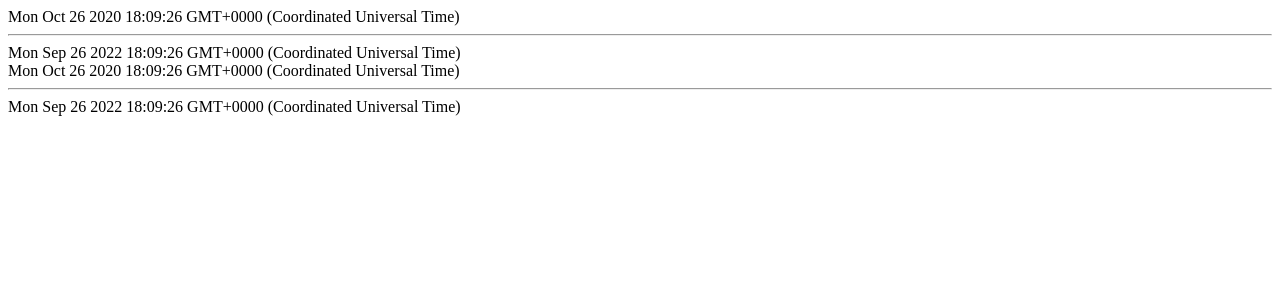
Repository: TeoNogueira/Aulas-Udemy-DevFull-Stack-Por-Jamilton-Damasceno-e-Jorge-Sant-Ana-
Page: public_project/JavaScript/function_native_datas.html
The author's editor kept a copy of each file at every save. The page is drawn from the files as they stood at one save, then again after a run of saves.
The browser window is 1280 px wide. The pictures show the whole page.

Above is the page before, as saved 2020-10-26 19:30:24.

### public_project/JavaScript/function_native_datas.html
<!DOCTYPE html>
<html lang="PT_BR">
<head>
    <meta charset="UTF-8">
    <meta name="viewport" content="width=device-width, initial-scale=1.0">
    <title>Desafio</title>


    <script class="">

   //     var data = new Date()

   //  document.write(data.getDate())

   //var data = new Date()
// document.write(data.getDate() + '/' + (data.getMonth() + 1 + '/' + data.getFullYear()))

 // adicionar / remover dias


 var data = new Date()

document.write(data.toString())

data.setDate(data.getDate() + 700) // adicionando dias para a data atual

document.write('<hr />')

document.write(data.toString())

document.write('<br />')
// --------------x-----------x-------------x----------------------------------------------------------------




var data = new Date()

document.write(data.toString())

data.setDate(data.getDate() + 700) // adicionando meses para a data atual

document.write('<hr />')

document.write(data.toString())











           </script>



</head>
<body>



  <!----  <script src="./scripts/desafio.js"></script>-- >
</body>
</html>

After the next 3 saves:
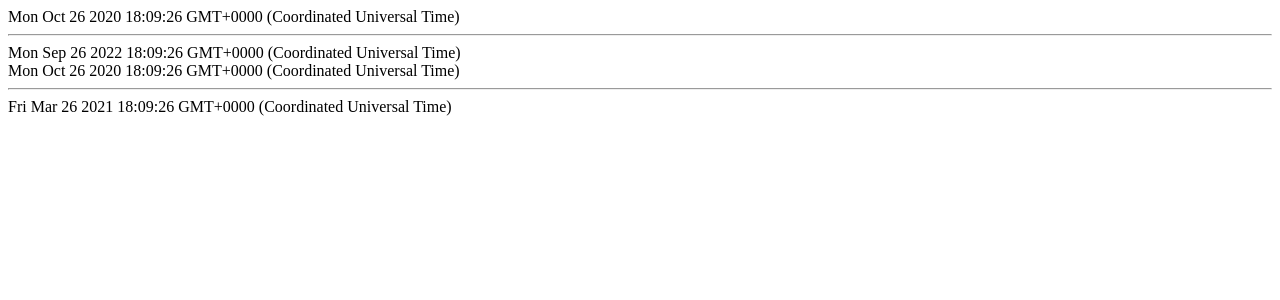
The 3 saves are shown as one change because they came seconds apart.
The last was saved 10 s later.
--- a/public_project/JavaScript/function_native_datas.html
+++ b/public_project/JavaScript/function_native_datas.html
@@ -38,7 +38,7 @@ var data = new Date()
 
 document.write(data.toString())
 
-data.setDate(data.getDate() + 700) // adicionando meses para a data atual
+data.setMonth(data.getMonth() + 5) // adicionando meses para a data atual
 
 document.write('<hr />')
 
